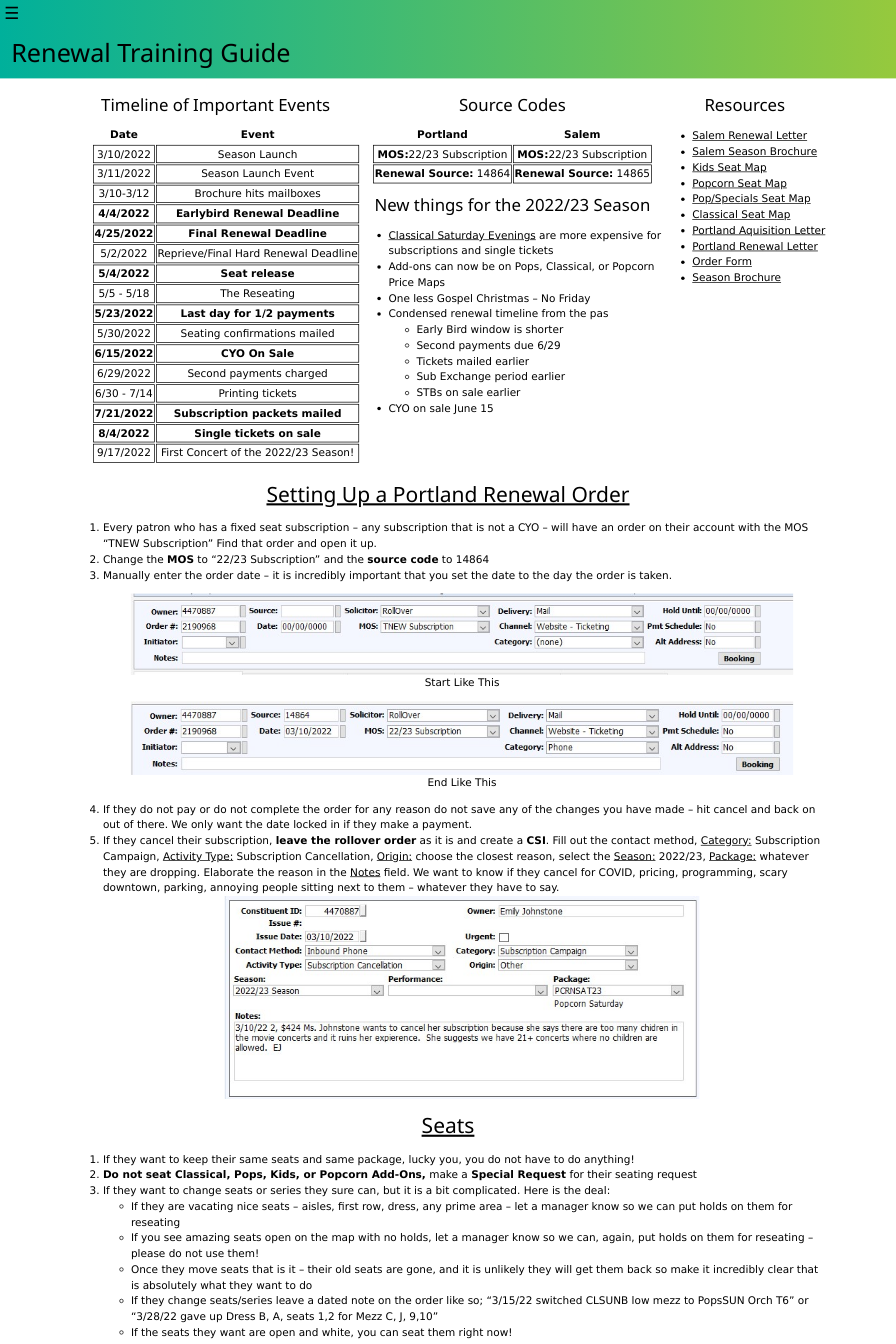
Repository: muesinga/renewal-training
Page: home.html
The author's editor kept a copy of each file at every save. The page is drawn from the files as they stood at one save, then again after the next save.
The browser window is 1280 px wide. The pictures show the part of the page from y = 0 to 1920 px (the page is 10728 px tall before and 11373 px after), at 70% of full size.

Above is the page before, as saved 2022-03-15 08:34:53.

After the next save:
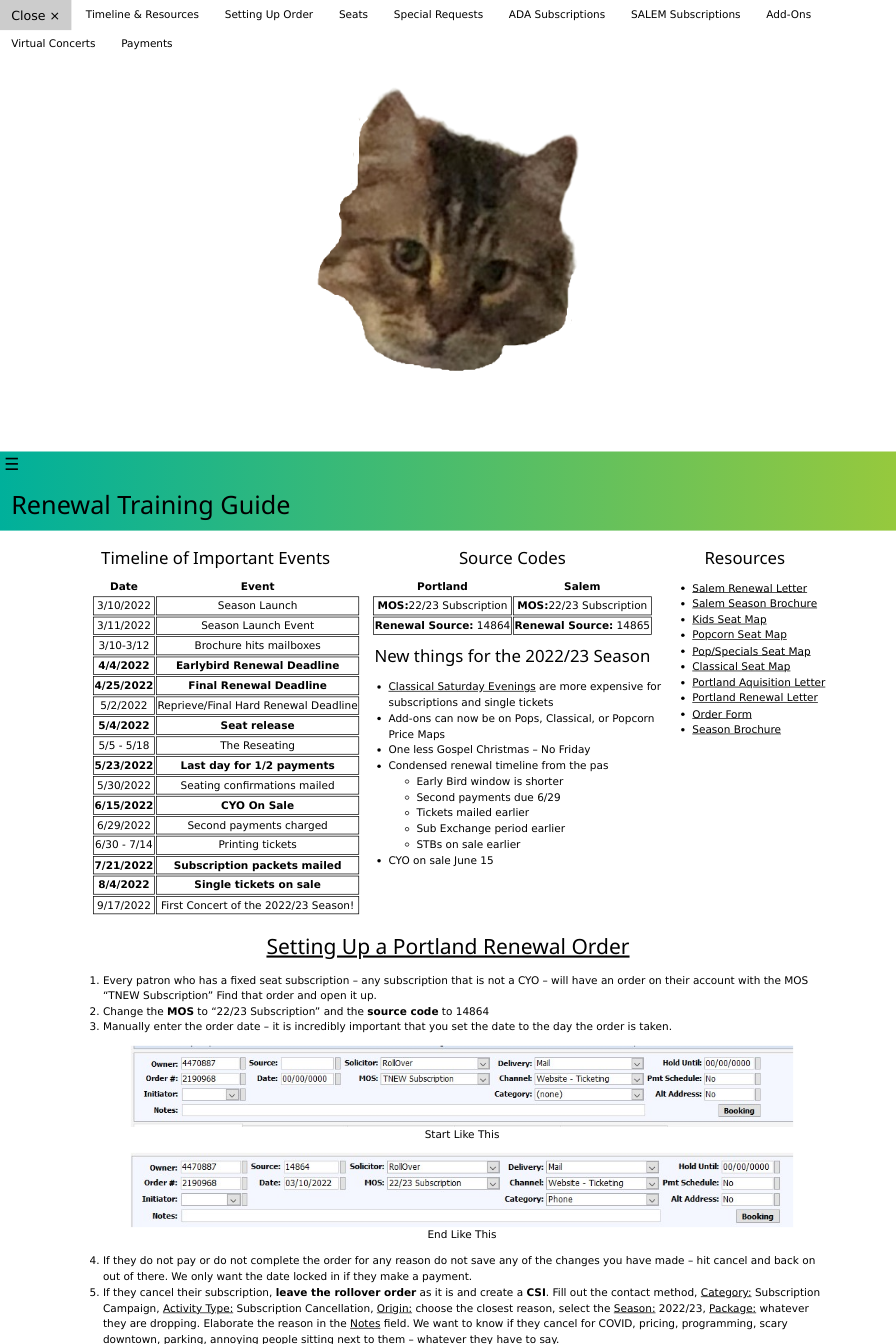
Saved 26 s later.
--- a/home.html
+++ b/home.html
@@ -9,7 +9,7 @@
 </head>
 <body>
 
-<div class="w3-sidebar w3-bar-block w3-card w3-animate-left" style="display:none" id="mySidebar">
+<!-- <div class="w3-sidebar w3-bar-block w3-card w3-animate-left" style="display:none" id="mySidebar"> -->
   <button class="w3-bar-item w3-button w3-large"onclick="w3_close()">Close &times;</button>
   <a href="#timeline" class="w3-bar-item w3-button">Timeline & Resources</a>
   <a href="#set-up" class="w3-bar-item w3-button">Setting Up Order</a>
